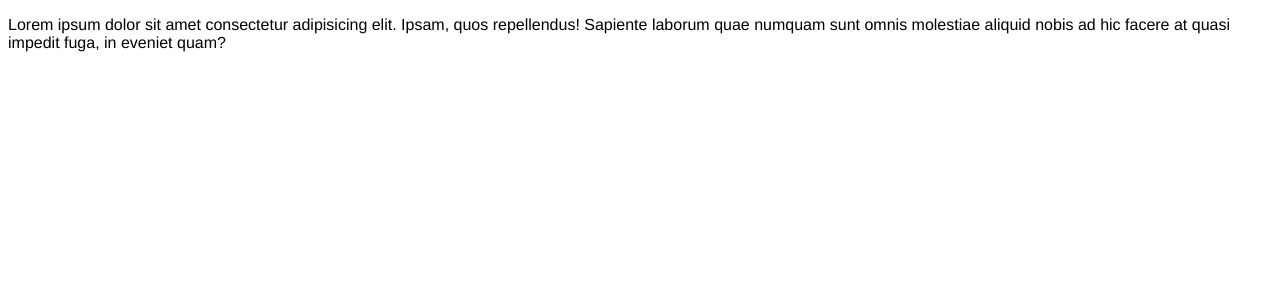
Repository: j4tdn/java18-repository
Page: 2. CSS3/ex04-css-float.html
An editor plug-in stored every save of this project. The page is shown before and after the next save, followed by the edit.
The browser window is 1280 px wide. The pictures show the whole page.

Above is the page before, as saved 2023-10-21 18:48:42.

### 2. CSS3/ex04-css-float.html
<!DOCTYPE html>
<html lang="en">
  <head>
    <meta charset="UTF-8" />
    <meta name="viewport" content="width=device-width, initial-scale=1.0" />
    <title>Ex04 - Css Float</title>
    <link rel="stylesheet" href="css/style-base.css" />
    <link rel="stylesheet" href="css/utils.css" />
  </head>
  <body>
    <div class="block-md200"></div>
    <p>
      Lorem ipsum dolor sit amet consectetur adipisicing elit. Ipsam, quos
      repellendus! Sapiente laborum quae numquam sunt omnis molestiae aliquid
      nobis ad hic facere at quasi impedit fuga, in eveniet quam?
    </p>
  </body>
</html>

### 2. CSS3/css/style-base.css
/*  */
* {
  font-family: corbel, helvetica, sans-serif;
}
li {
  /* list-style-type: none; */
  list-style-image: url("../images/world.png");
}
/* EX02: CSS SELECTOR CLASS ID */
/* Chỉ có thẻ p với class là text20 mới ăn */
/* p[class="text20"] {
  color: blue;
} */
/* p.text20 {
  color: blue;
} */
/* Tất cả tag với class là text20 */
/* .text20 {
  color: blue;
} */

#page-footer {
  position: absolute;
  bottom: 0;
  left: 0;
  width: 100%;
  height: 40px;
  background-color: pink;
}

/* EX03: BASE CONTENT BASIC DEMO */
.parent-text10lh {
  height: 60px;
  background-color: blue;
}
.text10lh {
  line-height: 60px;
  color: #fcccba;
}

### 2. CSS3/css/utils.css
.text-green {
  color: green;
}
.text-blue {
  color: blue;
}
.text-orange {
  color: orange;
}
.text-bold {
  font-weight: bold;
}
.text-underline {
  text-decoration: underline;
}
.text-line-through {
  text-decoration: line-through;
}
.text-overline {
  text-decoration: overline;
}
.text-decor-none {
  text-decoration: none;
}
.text-align-left {
  text-align: left;
}
.text-align-center {
  text-align: center;
}
.text-align-right {
  text-align: right;
}

After the next save:
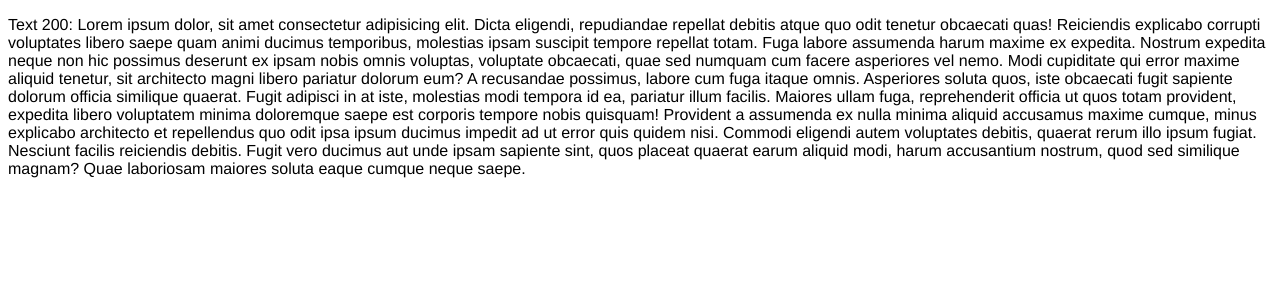
Saved 17 s later.
--- a/2. CSS3/ex04-css-float.html
+++ b/2. CSS3/ex04-css-float.html
@@ -10,9 +10,27 @@
   <body>
     <div class="block-md200"></div>
     <p>
-      Lorem ipsum dolor sit amet consectetur adipisicing elit. Ipsam, quos
-      repellendus! Sapiente laborum quae numquam sunt omnis molestiae aliquid
-      nobis ad hic facere at quasi impedit fuga, in eveniet quam?
+      Text 200: Lorem ipsum dolor, sit amet consectetur adipisicing elit. Dicta
+      eligendi, repudiandae repellat debitis atque quo odit tenetur obcaecati
+      quas! Reiciendis explicabo corrupti voluptates libero saepe quam animi
+      ducimus temporibus, molestias ipsam suscipit tempore repellat totam. Fuga
+      labore assumenda harum maxime ex expedita. Nostrum expedita neque non hic
+      possimus deserunt ex ipsam nobis omnis voluptas, voluptate obcaecati, quae
+      sed numquam cum facere asperiores vel nemo. Modi cupiditate qui error
+      maxime aliquid tenetur, sit architecto magni libero pariatur dolorum eum?
+      A recusandae possimus, labore cum fuga itaque omnis. Asperiores soluta
+      quos, iste obcaecati fugit sapiente dolorum officia similique quaerat.
+      Fugit adipisci in at iste, molestias modi tempora id ea, pariatur illum
+      facilis. Maiores ullam fuga, reprehenderit officia ut quos totam
+      provident, expedita libero voluptatem minima doloremque saepe est corporis
+      tempore nobis quisquam! Provident a assumenda ex nulla minima aliquid
+      accusamus maxime cumque, minus explicabo architecto et repellendus quo
+      odit ipsa ipsum ducimus impedit ad ut error quis quidem nisi. Commodi
+      eligendi autem voluptates debitis, quaerat rerum illo ipsum fugiat.
+      Nesciunt facilis reiciendis debitis. Fugit vero ducimus aut unde ipsam
+      sapiente sint, quos placeat quaerat earum aliquid modi, harum accusantium
+      nostrum, quod sed similique magnam? Quae laboriosam maiores soluta eaque
+      cumque neque saepe.
     </p>
   </body>
 </html>
